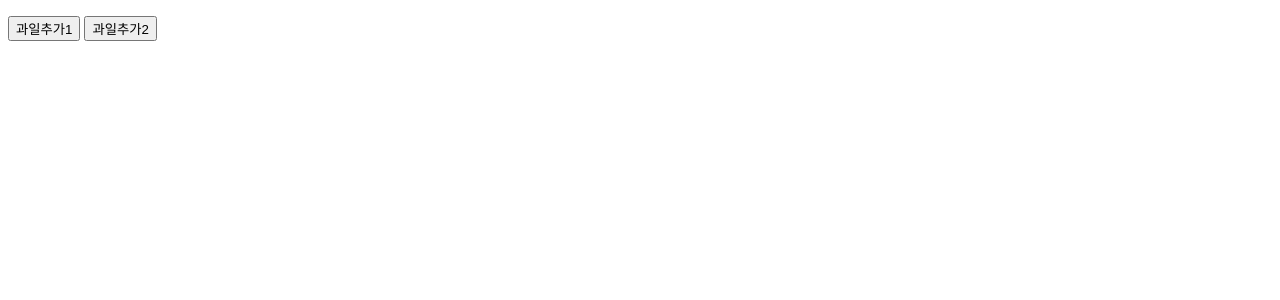
Repository: LeeJungHoon1/javaWeb
Page: ajaxPrj_09_6/src/main/webapp/jquery2.html
An editor plug-in stored every save of this project. The page is shown before and after the next save, followed by the edit.
The browser window is 1280 px wide. The pictures show the whole page.
After loading, the first visible `button` was clicked once.

Above is the page before, as saved 2023-09-06 01:40:36.
Console error: TypeError: document.getElementByid is not a function

After the next save:
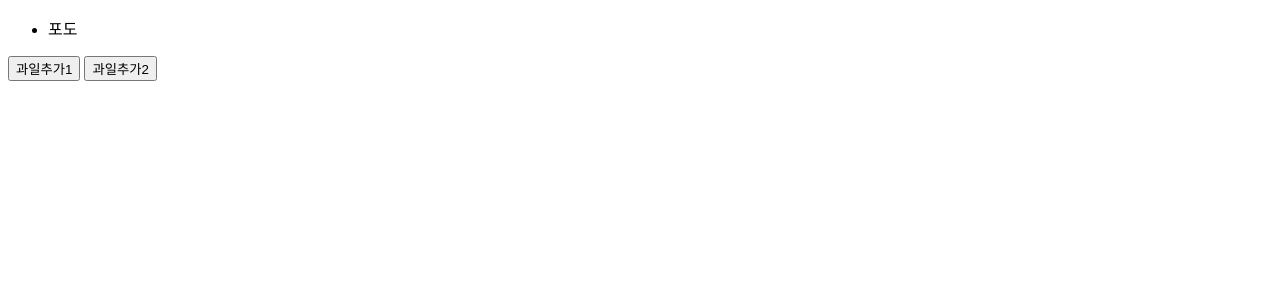
The error is gone.
Saved 70 s later.
--- a/ajaxPrj_09_6/src/main/webapp/jquery2.html
+++ b/ajaxPrj_09_6/src/main/webapp/jquery2.html
@@ -8,7 +8,7 @@
 <script>
 	function add1(){
 		//alert("asd");
-		let ul = document.getElementByid("fruit_list");
+		let ul = document.getElementById("fruit_list");
 		let li = document.createElement("li");
 		li.innerHTML = "포도";
 		ul.appendChild(li);
